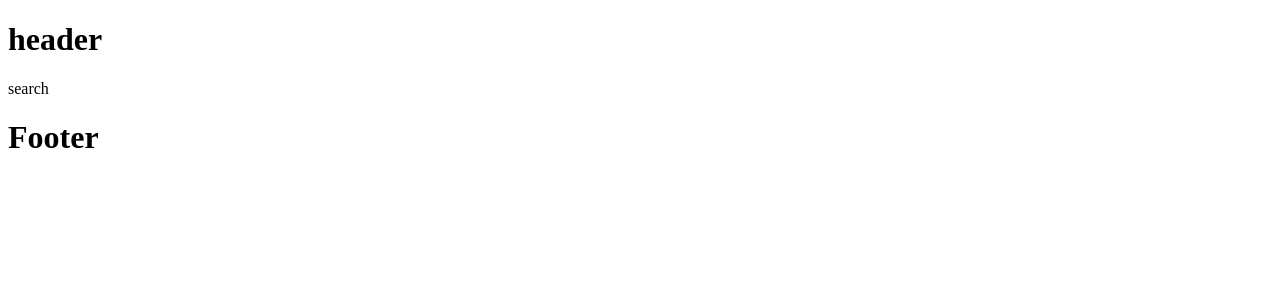
Repository: atefshamsi/atef-250-film
Page: /search
These files come from the project's save history. The page is drawn as it stood at one moment and after the next save; the edit follows.
The browser window is 1280 px wide. The pictures show the whole page.
The project was rebuilt for these pictures with package versions that can differ from the ones it lists, and the page was loaded fresh each time. Also part of the build but not shown: vite.config.js, src/global.css.

Above is the page before, as saved 2025-11-12 18:57:04.

### index.html
<!doctype html>
<html lang="en">
  <head>
    <meta charset="UTF-8" />
    <link rel="icon" type="image/svg+xml" href="/vite.svg" />
    <meta name="viewport" content="width=device-width, initial-scale=1.0" />
    <title>atef-250-film</title>
  </head>
  <body>
    <div id="root"></div>
    <script type="module" src="/src/main.jsx"></script>
  </body>
</html>

### src/main.jsx
import { createRoot } from 'react-dom/client';
import Router from './components/router.jsx';
import './global.css';
import { ConfigProvider } from 'antd';

createRoot(document.getElementById('root')).render(
  <ConfigProvider
    theme={{
      token: {
        colorPrimary: '#ebc853ff',
        borderRadius: 10,
      },
    }}
  >
    <Router />
  </ConfigProvider>
);

### src/components/router.jsx
import { BrowserRouter, Routes, Route } from 'react-router-dom';
import { PrimaryLayout } from './layouts/primary-layout';
import { lazy } from 'react';

const HomePage = lazy(() => import('../pages/home-page'));
const SearchPage = lazy(() => import('../pages/search'));
export default function Router() {
  return (
    <BrowserRouter>
      <Routes>
        <Route element={<PrimaryLayout />}>
          <Route index path="/" element={<HomePage />} />
          <Route index path="/search" element={<SearchPage />} />
        </Route>
      </Routes>
    </BrowserRouter>
  );
}

### src/components/layouts/primary-layout/index.jsx
export { PrimaryLayout } from './primary-layout';

### src/pages/search.jsx
import { Fragment } from 'react';

export default function SearchPage() {
  return (
    <Fragment>
      <div>search</div>
    </Fragment>
  );
}

### src/components/layouts/primary-layout/primary-layout.jsx
import { Fragment } from 'react';
import { Header } from './header';
import { Footer } from './footer';
import { Outlet } from 'react-router-dom';

export function PrimaryLayout() {
  return (
    <Fragment>
      <Header />
      <Outlet />
      <Footer />
    </Fragment>
  );
}

### src/components/layouts/primary-layout/header.jsx
import { Fragment } from 'react';

export function Header() {
  return (
    <Fragment>
      <h1>header</h1>
    </Fragment>
  );
}

### src/components/layouts/primary-layout/footer.jsx
import { Fragment } from 'react';

export function Footer() {
  return (
    <Fragment>
      <h1>Footer</h1>
    </Fragment>
  );
}

After the next save:
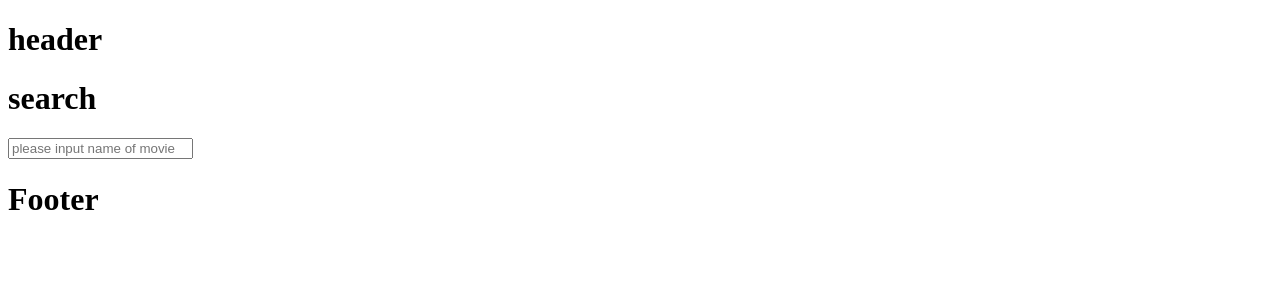
Saved 21 min 9 s later.
--- a/src/pages/search.jsx
+++ b/src/pages/search.jsx
@@ -3,7 +3,8 @@ import { Fragment } from 'react';
 export default function SearchPage() {
   return (
     <Fragment>
-      <div>search</div>
+      <h1>search</h1>
+      <input placeholder="please input name of movie" />
     </Fragment>
   );
 }
